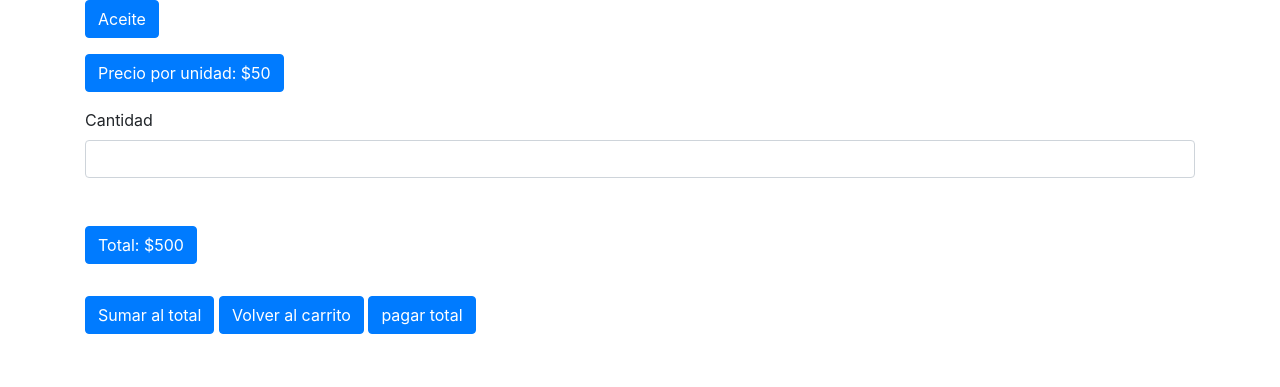
Repository: Alemartinez97/New-Repository
Page: programacion-3/tp4/carrito/detalleCompra/producto.html
An editor plug-in stored every save of this project. The page is shown before and after the next save, followed by the edit.
The browser window is 1280 px wide. The pictures show the whole page.

Above is the page before, as saved 2020-06-18 17:18:19.

After the next save:
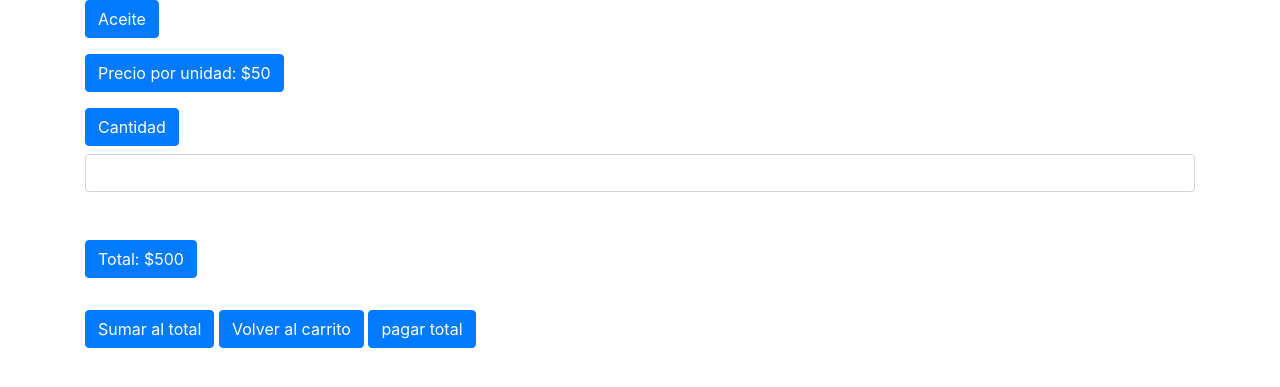
Saved 57 s later.
--- a/programacion-3/tp4/carrito/detalleCompra/producto.html
+++ b/programacion-3/tp4/carrito/detalleCompra/producto.html
@@ -13,7 +13,7 @@
         </br>
         <p class="btn btn-primary">Precio por unidad: $50</p>
         </br>
-            <label for="">Cantidad</label>
+            <label for="" class="btn btn-primary">Cantidad</label>
             <input type="number" id="marca" class="form-control"  aria-describedby="emailHelp" required><br>
         </br>
         <p class="btn btn-primary">Total: $500</p>
